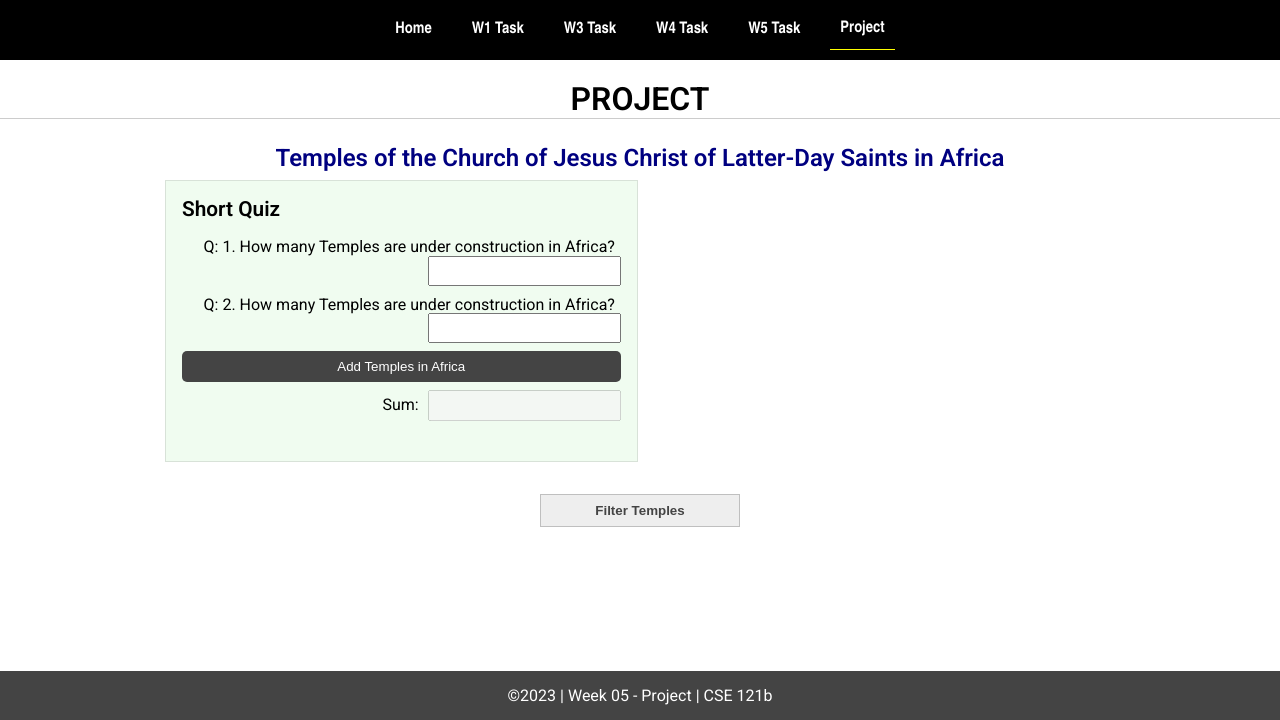
Repository: mszakutumela/cse121b
Page: Project/project.html
An editor plug-in stored every save of this project. The page is shown before and after a run of saves, followed by the edit.
The browser window is 1280 px wide. The pictures show the whole page.

Above is the page before, as saved 2023-10-24 15:04:08.

After the next 2 saves:
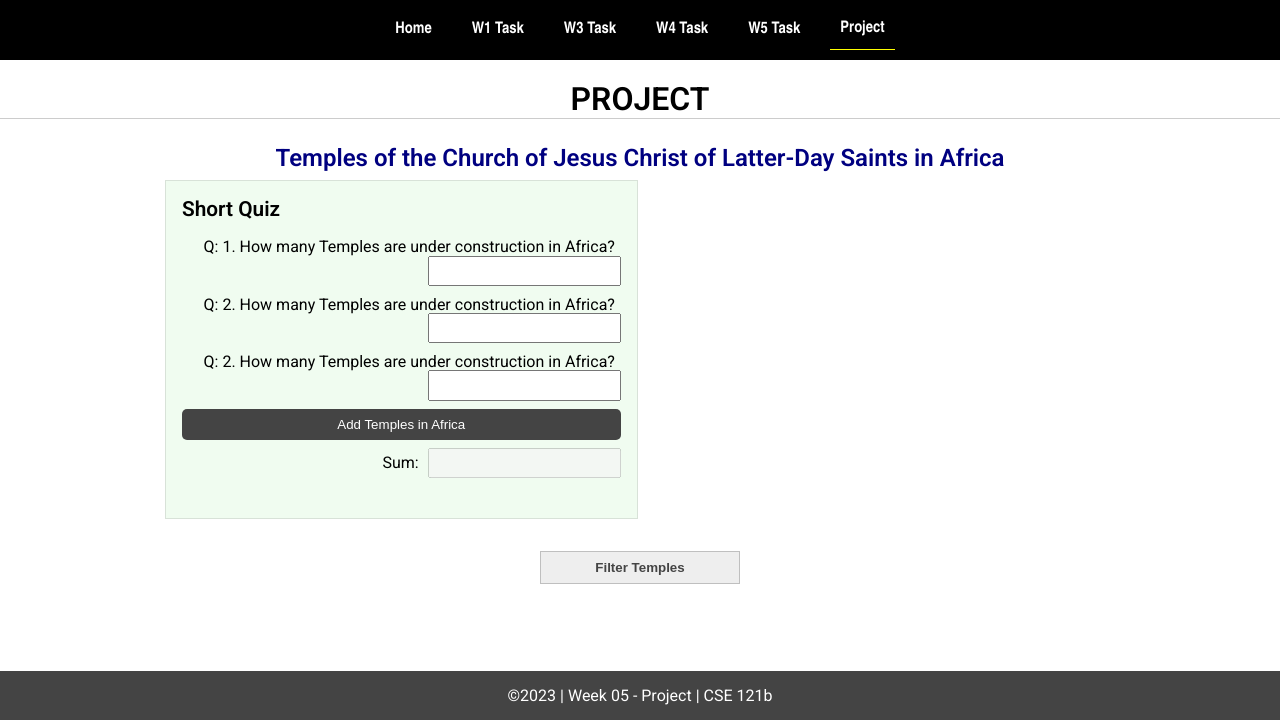
The 2 saves are shown as one change because they came seconds apart.
The last was saved 18 s later.
--- a/Project/project.html
+++ b/Project/project.html
@@ -41,6 +41,10 @@
                   <input type="text" id="add2" name="add2">
               </div>
               <div>
+                <label for="add2">Q: 2. How many Temples are under construction in Africa?</label>
+                <input type="text" id="add2" name="add2">
+            </div>
+              <div>
                   <input type="button" id="addTemples" value="Add Temples in Africa">
               </div>
               <div>
